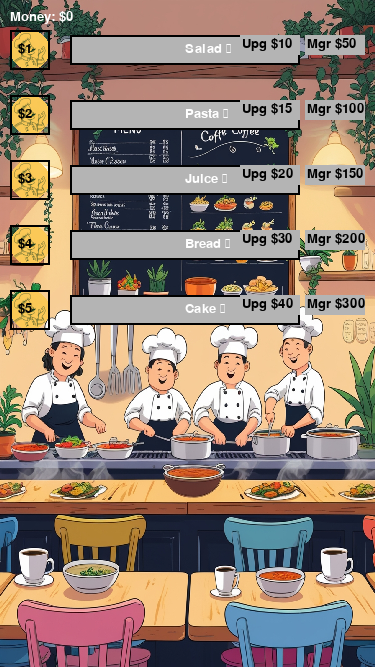
Repository: jontslater/idleclicker
Script's output: python main.py
These files come from the project's save history. The script's output is drawn as it stood at one moment and after the next save; the edit follows.
The window is shown after at most 60 frames with no key pressed. Random numbers start from a fixed seed. It also reads ChefCircle.png, Leonardo_Phoenix_10_A_cozy_cartoonstyle_restaurant_interior_wa_1.jpg.

Above is the script's output before, as saved 2025-04-21 13:18:03.

### main.py
import pygame

pygame.init()

# Screen setup (phone dimensions)
screen = pygame.display.set_mode([375, 667])
pygame.display.set_caption('Idle Restaurant')

# Load and scale background
background_img = pygame.image.load("c:/Users/lisaa/workspace/idleclicker/Leonardo_Phoenix_10_A_cozy_cartoonstyle_restaurant_interior_wa_1.jpg").convert()
background_img = pygame.transform.scale(background_img, (375, 667))
background = background_img

# Load chef icon image
Icon_img = pygame.image.load("C:/Users/lisaa/workspace/idleclicker/ChefCircle.png").convert_alpha()

# Colors
red = (255, 80, 80)
green = (100, 255, 100)
orange = (255, 180, 100)
white = (255, 255, 255)
black = (0, 0, 0)
purple = (200, 150, 255)
gray = (180, 180, 180)

# Font and clock
font = pygame.font.Font(None, 20)
framerate = 60
timer = pygame.time.Clock()

# Game values
score = 0

# Station data
stations = [
    {"name": "Salad 🥗", "color": green, "value": 1, "speed": 5, "length": 0, "draw": False, "auto": False, "upgrade_cost": 10, "manager_cost": 50, "manager_level": 0},
    {"name": "Pasta 🍝", "color": red, "value": 2, "speed": 4, "length": 0, "draw": False, "auto": False, "upgrade_cost": 15, "manager_cost": 100, "manager_level": 0},
    {"name": "Juice 🍊", "color": orange, "value": 3, "speed": 3, "length": 0, "draw": False, "auto": False, "upgrade_cost": 20, "manager_cost": 150, "manager_level": 0},
    {"name": "Bread 🍞", "color": white, "value": 4, "speed": 2, "length": 0, "draw": False, "auto": False, "upgrade_cost": 30, "manager_cost": 200, "manager_level": 0},
    {"name": "Cake 🍰", "color": purple, "value": 5, "speed": 1, "length": 0, "draw": False, "auto": False, "upgrade_cost": 40, "manager_cost": 300, "manager_level": 0},
]

def draw_circular_icon(image, position, size):
    # Resize the image
    icon_scaled = pygame.transform.smoothscale(image, (size, size)).convert_alpha()

    # Create a surface for the mask
    mask_surface = pygame.Surface((size, size), pygame.SRCALPHA)
    pygame.draw.circle(mask_surface, (255, 255, 255, 255), (size // 2, size // 2), size // 2)

    # Apply mask using BLEND_RGBA_MIN
    icon_scaled.blit(mask_surface, (0, 0), special_flags=pygame.BLEND_RGBA_MIN)

    # Blit the icon to the screen
    screen.blit(icon_scaled, position)

    return pygame.Rect(position[0], position[1], size, size)

def draw_station(station, y):
    global score

    if station["auto"]:
        station["draw"] = True

    # Progress logic
    if station["draw"] and station["length"] < 200:
        station["length"] += station["speed"]
    elif station["draw"] and station["length"] >= 200:
        station["draw"] = False
        station["length"] = 0
        score += station["value"]

    # Draw circular icon
    icon_rect = draw_circular_icon(Icon_img, (10, y - 20), 40,)
    pygame.draw.rect(screen, black, icon_rect, 2)

    # Progress bar background
    # Progress bar with black border and background
    pygame.draw.rect(screen, black, [70, y - 15, 230, 30], 2)  # Border
    pygame.draw.rect(screen, gray, [72, y - 13, 226, 26])      # Background
    pygame.draw.rect(screen, station["color"], [72, y - 13, station["length"], 26])  # Fill


    # Text
    label = font.render(station["name"], True, white)
    screen.blit(label, (70 + (230 - station["length"]) // 2, y - 8))

    value_text = font.render(f"${station['value']}", True, black)
    screen.blit(value_text, (18, y - 8))

    # Buttons
    upg_btn = pygame.Rect(240, y - 15, 60, 20)
    mgr_btn = pygame.Rect(305, y - 15, 60, 20)

    pygame.draw.rect(screen, gray, upg_btn)
    pygame.draw.rect(screen, gray, mgr_btn)

    upg_label = font.render(f"Upg ${station['upgrade_cost']}", True, black)
    mgr_label = font.render(f"Mgr ${station['manager_cost']}", True, black)
    screen.blit(upg_label, (upg_btn.x + 2, upg_btn.y + 2))
    screen.blit(mgr_label, (mgr_btn.x + 2, mgr_btn.y + 2))

    return icon_rect, upg_btn, mgr_btn

# Game loop
running = True
while running:
    timer.tick(framerate)
    screen.blit(background, (0, 0))

    station_rects = []
    for i, station in enumerate(stations):
        task_y = 50 + i * 65
        rects = draw_station(station, task_y)
        station_rects.append(rects)

    # Score display
    money_text = font.render(f"Money: ${round(score, 2)}", True, white)
    screen.blit(money_text, (10, 10))

    pygame.display.update()

    # Event handling
    for event in pygame.event.get():
        if event.type == pygame.QUIT:
            running = False

        if event.type == pygame.MOUSEBUTTONDOWN:
            for i, station in enumerate(stations):
                task_rect, upg_rect, mgr_rect = station_rects[i]

                if task_rect.collidepoint(event.pos) and not station["auto"]:
                    station["draw"] = True

                if upg_rect.collidepoint(event.pos) and score >= station["upgrade_cost"]:
                    score -= station["upgrade_cost"]
                    station["speed"] += 1
                    station["upgrade_cost"] += 10

                if mgr_rect.collidepoint(event.pos) and score >= station["manager_cost"]:
                    score -= station["manager_cost"]
                    station["auto"] = True
                    station["manager_level"] += 1
                    station["manager_cost"] = int(station["manager_cost"] * 1.5)

pygame.quit()

After the next save:
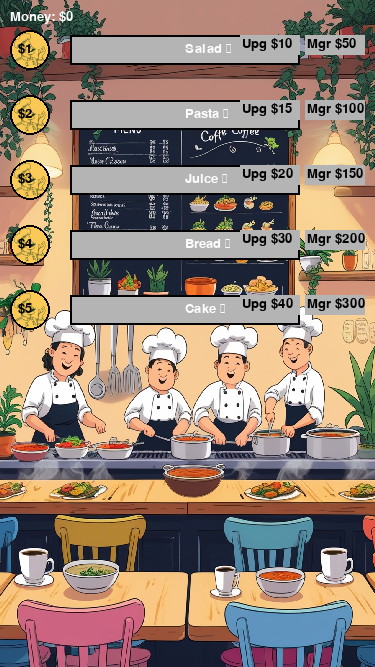
Saved 3 min 46 s later.
--- a/main.py
+++ b/main.py
@@ -71,15 +71,13 @@ def draw_station(station, y):
         score += station["value"]
 
     # Draw circular icon
-    icon_rect = draw_circular_icon(Icon_img, (10, y - 20), 40,)
-    pygame.draw.rect(screen, black, icon_rect, 2)
+    icon_rect = draw_circular_icon(Icon_img, (10, y - 20), 40)
+    pygame.draw.circle(screen, black, icon_rect.center, icon_rect.width // 2, 2)
 
-    # Progress bar background
     # Progress bar with black border and background
     pygame.draw.rect(screen, black, [70, y - 15, 230, 30], 2)  # Border
     pygame.draw.rect(screen, gray, [72, y - 13, 226, 26])      # Background
     pygame.draw.rect(screen, station["color"], [72, y - 13, station["length"], 26])  # Fill
-
 
     # Text
     label = font.render(station["name"], True, white)
@@ -101,6 +99,7 @@ def draw_station(station, y):
     screen.blit(mgr_label, (mgr_btn.x + 2, mgr_btn.y + 2))
 
     return icon_rect, upg_btn, mgr_btn
+
 
 # Game loop
 running = True
